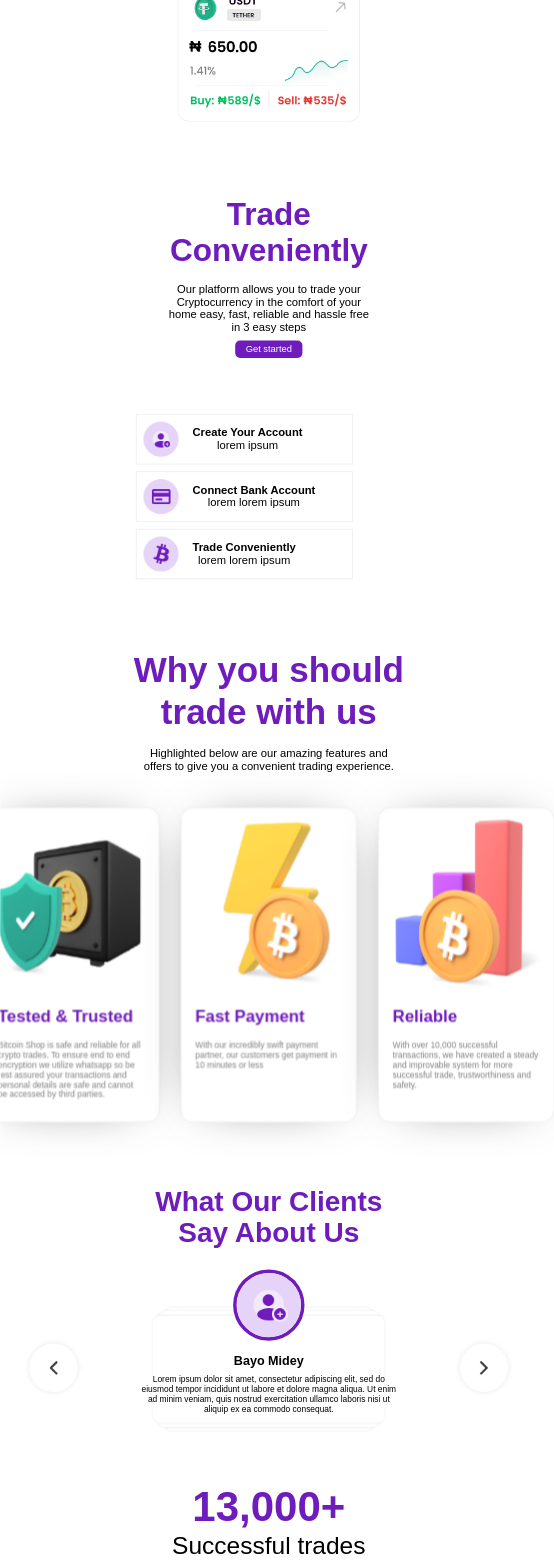
Repository: akinmiday/bitcoinshop-website
Page: /
An editor plug-in stored every save of this project. The page is shown before and after the next save, followed by the edit.
The browser window is 768 px wide. The page is 792 px wide, so the pictures cover 792 px, including what lies to the right of the window. The pictures show the part of the page from y = 1798 to 4038 px (the page is 4388 px tall before and 4290 px after), at 70% of full size.
The project was rebuilt for these pictures with package versions that can differ from the ones it lists, and the page was loaded fresh each time. Also part of the build but not shown: vite.config.js.

Above is the page before, as saved 2023-07-12 06:30:08.

### src/App.jsx
import React from 'react'
import { Route, createBrowserRouter, RouterProvider, createRoutesFromElements } from "react-router-dom"
import './App.css'
import Layout from './components/layout'
import TitlePage from './pages/title'
import Rates from './pages/rates'



const router = createBrowserRouter(createRoutesFromElements(
  <Route path='/' element={<Layout />} >
    <Route index element={<TitlePage />} />
    <Route element={<Rates />} />

  </Route>
))

function App() {

  return (
    <RouterProvider router={router} />
  )
}

export default App

### src/index.css
*{
    margin: 0;
    padding: 0;
    box-sizing: border-box;
    /* font-family: 'Segoe UI', Tahoma, Geneva, Verdana, sans-serif ; */
    font-family: 'Poppins', sans-serif;
}

.header{
    display: flex;
    color:#6E1CBC;
    display: flex;
    align-items: center;
    border-bottom: #EAEAEA solid 1px;
    height: 60px;
    flex-shrink: 0;
    justify-content: space-between;
    padding: 20px;
}

.left-side-header{
  display: flex;
    align-items: center;
    font-weight: 500;
}

.left-side-header > img{
  padding: 5px;
    height: 50px;
}


.right-side-header{
    display: flex;
    align-items: center;
    font-weight: 500;
}

.right-side-header > img{
    padding: 10px;
    height: 44px;

}

.shop-logo{
    color:#FFCC00 ;
}


.middle-section-header {
    display: flex;
    justify-content: center;
    align-items: center;
    gap: 20px;
}

.right-side-header >button {
    background-color: #6E1CBC;
    color: #ffffff;
    padding: 5px 10px;
    border-radius: 8px;
    border: none;
}

.menu-icon-header{
display: none;
}

.footer{
    background-color: #6E1CBC;
    color: #ffffff;
    display: flex;
    justify-content: center;
    align-items: center;
    margin-top: auto;
    flex-shrink: 0;
    height: 45px;
}

.title-section{
    display: flex;
    padding: 30px;
    height: 400px;
    justify-content: space-around;
    gap: 50px;

}

.grouped-img-icons >img {
  height: 300px;
}



.left-side-title{
    width: 450px;
    padding: 20px;
}

.left-side-title > h1{
    color: #6E1CBC;
    font-size: 62px;
    font-style: normal;
    font-weight: 700;
    line-height: 78px;


}

.left-side-title > p{
    font-size: 18px;
    padding: 20px 0;
}

.left-side-title >button{
    color: #ffffff;
    background-color: #6E1CBC;
    padding: 5px 10px;
    border-radius: 7px;
    text-align: center;
    border: none;
}

.rates-section{
    color: #6E1CBC;
    text-align: center;
    font-size: 26px;
}

.rates-section h1 {
    padding: 20px;
}

.rates-section img{
    height: 200px;
}


.top-row-rates-section {
    display: flex;
    justify-content: center;
    margin-bottom: 20px;
    gap: 30px;
  }

.bottom-row-rates-section {
    display: flex;
    justify-content: center;
    gap: 30px;
  }

.trade-section{
    margin-top: 30px;
    display: flex;
    justify-content: center;
    align-items: flex-start;
    gap: 110px;
    flex-shrink: 0;
    padding: 20px;
  }

.left-trade-section{
    width: 400px;
    padding: 40px;

  }

.left-trade-section h1 {
    color: #6E1CBC;
    font-size: 45px;
    padding: 10px;
  }

.left-trade-section p{
    padding: 10px;
  }
.left-trade-section > button{
  background-color: #6E1CBC;
  border: none;
  color: #FFF;
  padding: 5px 15px;
  border-radius: 7px;
}

.trade-link-section >div{
    display: flex;
    align-items: center;
    width: 310px;
    padding: 10px;
    margin: 10px;
    border: #EAEAEA 1px solid;
  }

.trade-link-section > div >img{
    height: 50px;
    margin-right: 20px;
  }
  .trade-with-us{
    text-align: center;

    margin-top: 50px;
  }

.trade-with-us-heading > h1{
    color: #6E1CBC;
    font-size: 50px;
    line-height: 60px;
    padding: 20px;
  }

.trade-with-us-icon-section{
    display: flex;
    margin-top: 20px;
    padding-top: 30px;
    gap: 30px;
    justify-content: center;
    align-items: center;
    padding-bottom: 20px;
  }

.trade-with-us-icon-section >div{
    border-radius: 18px;
    border: 1px solid #EAEAEA;
    background: #FFF;
    backdrop-filter: blur(100px);
    width: 260px;
    height: 450px;
    text-align: left;
    box-shadow: -2px 0px 74px -36px rgba(0,0,0,0.71);
    -webkit-box-shadow: -2px 0px 74px -36px rgba(0,0,0,0.71);
    -moz-box-shadow: -2px 0px 74px -36px rgba(0,0,0,0.71);
  }

.trade-with-us-icon-section div >h2{
    color: #6E1CBC;
    padding: 20px;
  }

.trade-with-us-icon-section div >p{
    padding: 0 20px;
    font-size: 12px;
    color: #808080;
  }

.trade-with-us-icon-section img {
    width: 250px;
    height: 250px;
    margin-top: 10px;
  }

.carousel-area{
    display: flex;
    align-items: center;
    justify-content: center;
    gap: 20px;
    margin-top: 60px;
  }

.review-section{
    text-align: center;
    margin-top: 50px;

  }

.review-section h1{
    font-size: 40px;
    padding: 20px;
    color: #6E1CBC;
  }

.review-card{
    width: 70%;
    position: relative;
    align-items: center;


  }

.review-card-area {
    position: relative;
    display: flex;
    align-items: center;
    justify-content: center;

  }

.review-card-area h2{
    position: absolute;
    color: black;
    font-size: 18px;
    top: 70px;


  }

.review-card-area > p {
    position: absolute;
    font-size: 12px;
    width: 370px;
    color: black;
    top: 100px;
  }

.review-image{
    border-radius: 102px;
    border: 5px solid #6E1CBC;
    background: url(<path-to-image>), lightgray 50% / cover no-repeat, #C4C4C4;
    width: 102px;
    height: 102px;
    flex-shrink: 0;
    position: absolute;
    top: -50px;

  }

.trade-count-area{
    padding: 20px;
    margin-top: 30px;
    margin-bottom: 50px;
  }

.trade-count-area h1{
    font-size: 60px;
    color: #6E1CBC;
  }

.trade-count-area p{
    font-size: 35px;
    margin-top: -20px;
  }


.contact-section-area{
  display: flex;
  justify-content: space-around;
  border-top: #C4C4C4 1px solid;
  padding: 25px 15px;
}

.contact-section-area >div{
  margin-top: 20px;

}
.social-contact-area{
  display: flex;

}

.social-contact-area >img{
  width:100px;
  height: 100px;
  padding: 5px;
}

.social-contact-area >div >h1{
  color: #6E1CBC;
  padding: 3px 10px;
}

.social-icon-container{
  display: flex;
  padding-left: 10px;
  gap: 7px;
}

.contacts-area h3{
  color: #6E1CBC;
  font-size: smaller;
}

.contacts-area h4{
  font-size: smaller;
}

.contacts-area div{
  padding: 3px;
  padding-top: 10px;
}

a{
  text-decoration: none;
  color: black;
}


/* media queries */

@media (max-width: 800px) {


  /* header section */

.header{
  border: none;
}

.left-side-header >h3{
  font-size: 20px;
}

.middle-section-header{
  display: none;
}
.right-side-header{
  display: none;
}

.menu-icon-header{
 display: block;
}


/* title section */


.title-section{
  display: grid;
  padding: 10px;
  row-gap: 20px;
}

.left-side-title > h1{
  font-size: 40px;
  padding-left: 35px;
  line-height: 65px;
  font-weight: 700;
}

.left-side-title >p{
  font-size: 14px;
  width: 350px;
  padding-left: 35px;
  font-weight: 400;
}

.left-side-title > button{
  margin-left: 35px;
}

.grouped-img-icons {
  display: flex;
  padding: 30px;
  justify-content: center;
  padding-top: 2px;
}

/* rates section */

.rates-section{
  margin-top: 250px;
}
.rates-section > h1{
  font-size: 45px;
}

.top-row-rates-section{
display: grid;
}

.bottom-row-rates-section{
  display: grid;
}

.trade-section{
  display: grid;
  row-gap: 30px;

}


}

### src/components/layout.jsx
import React from "react";
import { Outlet } from "react-router-dom";
import Header from "./header";
import Footer from "./footer";
import Rates from "../pages/rates";


export default function Layout() {
    return (<>
        <Header />
        <main>
            <Outlet />
        </main>
        <Footer />
    </>)
}

### src/pages/title.jsx
import React from "react";
import groupIcons from "../assets/Group-icons-title.png"
import Rates from "./rates";
import TradeSection from "./tradeSection";
import TradeWithUs from "./tradewithus";
import Reviews from "./reviews";
import ContactSection from "./contactSection";

export default function TitlePage() {
    return (<>
        <div className="title-section" >
            <div className="left-side-title" >
                <h1>Trade your Cryptocurrency</h1>
                <p>Best and reliable platform to trade over 100 cryptocurrencies for your local Fiat</p>
                <button>Get Started</button>
            </div>
            <div className="grouped-img-icons" >
                <img src={groupIcons} />
            </div>

        </div>
        <Rates />
        <TradeSection />
        <TradeWithUs />
        <Reviews />
        <ContactSection />
    </>
    )
}

### src/pages/rates.jsx
import React from "react";
import btcTrend from "../assets/bitcoin-trend-Item.png"
import ethTrend from "../assets/ETH-Trend-Item.png"
import bnbTrend from "../assets/BNB-Trend-Item.png"
import bchTrend from "../assets/BCH-Trend-Item.png"
import usdtTrend from "../assets/USDT-Trend-Item.png"

export default function Rates() {
    return (
        <div className="rates-section">
            <h1>We Offer Superb Rates</h1>
            <div className="top-row-rates-section">
                <div><img src={btcTrend} /></div>
                <div><img src={ethTrend} /></div>
                <div><img src={bnbTrend} /></div>
            </div>
            <div className="bottom-row-rates-section">
                <div><img src={bchTrend} /></div>
                <div><img src={usdtTrend} /></div>
            </div>
        </div>
    );
}

### src/components/header.jsx
import React from "react";
import logoImg from "../assets/bitcoinshop-logo.png"
import lightIcon from "../assets/Light-icon.png"
import menuIcon from "../assets/Menu.png"


export default function Header() {
    return (<div className="header" >
        <div className="left-side-header" ><img src={logoImg} />
            <h3>Bitcoin<span className="shop-logo" >Shop</span></h3>
        </div>
        <div className="middle-section-header" >
            <h4>Home</h4>
            <h4>Contact us</h4>
            <h4>About us</h4>
            <h4>FAQs</h4>
            <h4>Terms of Service</h4>
        </div>
        <div className="right-side-header" >
            <img src={lightIcon} />
            <button>Trade now</button>
        </div>
        <div className="menu-icon-header" >
            <img src={menuIcon} />
        </div>


    </div>)
}

### src/components/footer.jsx
import React from "react";

export default function Footer() {
    return (<>
        <div className="footer" >&#169; 2021 BitcoinShop. All rights reserved</div>
    </>)
}

### src/pages/tradeSection.jsx
import React from "react";
import profileIcon from "../assets/profile-icon.png"
import debitCardIcon from "../assets/debit-card-icon.png"
import bitcoinIcon from "../assets/bitcoin-icon.png"

export default function TradeSection() {
    return (
        <div className="trade-section">
            <div className="left-trade-section" >
                <h1>Trade Conveniently</h1>
                <p>Our platform allows you to trade your Cryptocurrency in the comfort of your home
                    easy, fast, reliable and hassle free in 3 easy steps
                </p>
                <button>Get started</button>
            </div>
            <div className="trade-link-section" >
                <div>
                    <img src={profileIcon} />
                    <div>
                        <h4>Create Your Account</h4>
                        <p>
                            lorem ipsum
                        </p>
                    </div>
                </div>

                <div>
                    <img src={debitCardIcon} />
                    <div>
                        <h4>Connect Bank Account</h4>
                        <p>
                            lorem lorem ipsum
                        </p>
                    </div>
                </div>

                <div>
                    <img src={bitcoinIcon} />
                    <div>
                        <h4>Trade Conveniently</h4>
                        <p>
                            lorem lorem ipsum
                        </p>
                    </div>
                </div>
            </div>
        </div>
    )
}

### src/pages/tradewithus.jsx
import React from "react";
import securedIcon from "../assets/secured.png"
import fastPaymentIcon from "../assets/fast-payment.png"
import reliableIcon from "../assets/reliable.png"

export default function TradeWithUs() {
    return (
        <div className="trade-with-us" >
            <div className="trade-with-us-heading" >
                <h1>Why you should <br /> trade with us</h1>
                <p>Highlighted below are our amazing features and <br /> offers
                    to give you a convenient trading experience.
                </p>
            </div>
            <div className="trade-with-us-icon-section" >
                <div>
                    <img src={securedIcon} />
                    <h2>Tested & Trusted</h2>
                    <p>Bitcoin Shop is safe and reliable for all crypto trades. To ensure end to end encryption we utilize whatsapp
                        so be rest assured your transactions and personal details are safe and cannot be accessed by third parties.
                    </p>
                </div>
                <div>
                    <img src={fastPaymentIcon} />
                    <h2>Fast Payment</h2>
                    <p>With our incredibly swift payment partner, our customers get payment in 10 minutes or less</p>
                </div>
                <div>
                    <img src={reliableIcon} />
                    <h2>Reliable</h2>
                    <p>With over 10,000 successful transactions, we have created a steady and improvable system for more successful trade,
                        trustworthiness and safety.
                    </p>
                </div>
            </div>
        </div>
    )
}

### src/pages/reviews.jsx
import React from "react";
import reviewCard from "../assets/review-card.png"
import toRightIcon from "../assets/to-right-carousel.png"
import toLeftIcon from "../assets/to-left-carousel.png"
import profileIcon from "../assets/profile-icon.png"

export default function Reviews() {
    return (
        <div className="review-section" >
            <h1>What Our Clients<br />Say About Us</h1>

            <div className="carousel-area" >
                <div>
                    <img src={toLeftIcon} />
                </div>
                <div className="review-card-area" >
                    <img className="review-card" src={reviewCard} />
                    <img className="review-image" src={profileIcon} />
                    <h2>Bayo Midey</h2>
                    <p>Lorem ipsum dolor sit amet, consectetur adipiscing elit, sed do eiusmod tempor incididunt ut labore et dolore magna aliqua. Ut enim ad minim veniam, quis nostrud exercitation ullamco laboris nisi ut aliquip ex ea commodo consequat.</p>
                </div>
                <div>
                    <img src={toRightIcon} />
                </div>
            </div>
            <div className="trade-count-area" >
                <h1 >13,000+</h1>
                <p>Successful trades</p>
            </div>

        </div>
    )
}

### src/pages/contactSection.jsx
import React from "react";
import instagramIcon from "../assets/instagram-ic.png"
import facebookIcon from "../assets/facebook-ic.png"
import twitterIcon from "../assets/twitter-ic.png"
import youtubeIcon from "../assets/youtube-ic.png"
import logoImg from "../assets/logo-large.png"

export default function ContactSection() {
    return (
        <div className="contact-section-area">
            <div className="social-contact-area" >
                <img src={logoImg} />
                <div>
                    <h1>Bitcoin<span className="shop-logo" >Shop</span></h1>
                    <div className="social-icon-container" >
                        <img src={instagramIcon} />
                        <img src={facebookIcon} />
                        <img src={twitterIcon} />
                        <img src={youtubeIcon} />
                    </div>
                </div>
            </div>
            <div className="contacts-area" >
                <div >
                    <h3>Contact</h3>
                    <h4 ><a href="+2348124577931">+2348124577931</a></h4>
                </div>

                <div>
                    <h3>Email Address</h3>
                    <h4  ><a href="mailto: info@bitcoinshop.tech ">info@bitcoinshop.tech</a></h4>
                </div>

                <div>
                    <h3>Address</h3>
                    <h4>Area 5 Preboyes Complex Bodija,<br /> Ibadan Oyo.</h4>
                </div>
            </div>

            <div className="contacts-area">
                <div><h3>Home</h3></div>
                <div><h4>Conatct Us</h4></div>
                <div><h4>About Us</h4></div>
                <div><h4>FAQs</h4></div>
                <div><h4>Terms of Service</h4></div>
            </div>

        </div>

    )
}

Loaded but not shown: src/main.jsx (common file); src/App.css (common file)

After the next save:
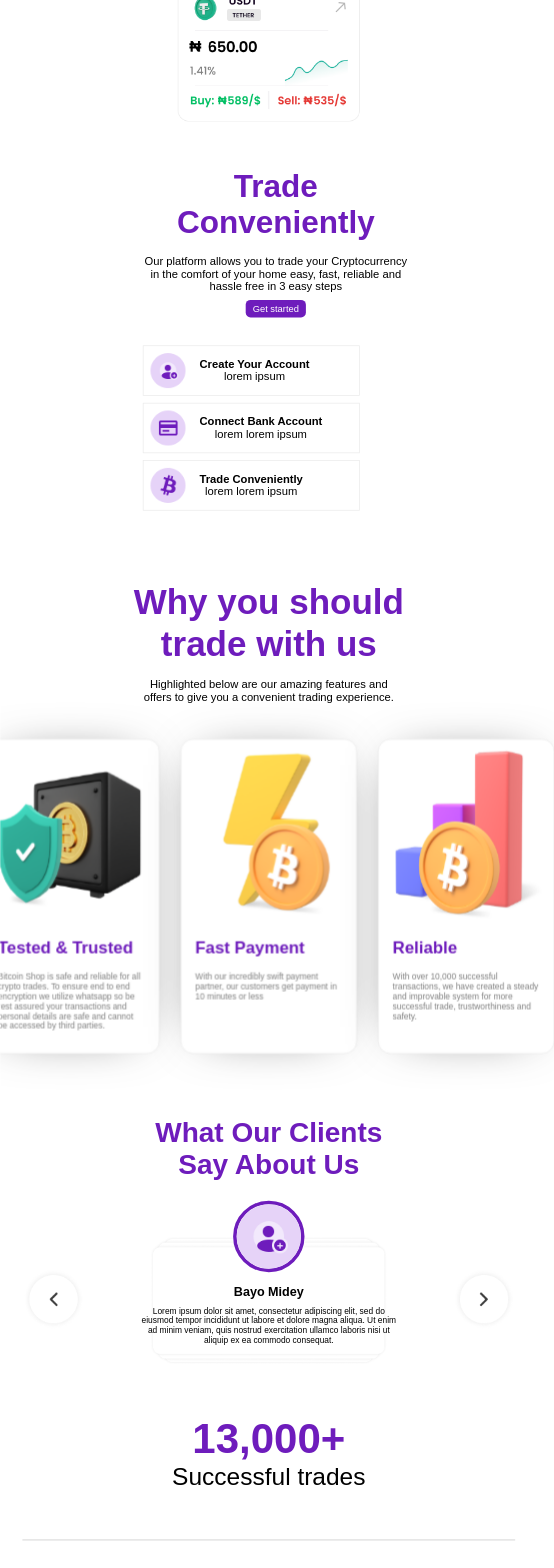
Saved 51 s later.
--- a/src/index.css
+++ b/src/index.css
@@ -161,7 +161,6 @@
 
 .left-trade-section{
     width: 400px;
-    padding: 40px;
 
   }
 
@@ -178,7 +177,7 @@
   background-color: #6E1CBC;
   border: none;
   color: #FFF;
-  padding: 5px 15px;
+  padding: 5px 10px;
   border-radius: 7px;
 }
 
@@ -463,6 +462,7 @@
 
 .trade-section{
   display: grid;
+  padding-left: 40px;
   row-gap: 30px;
 
 }
